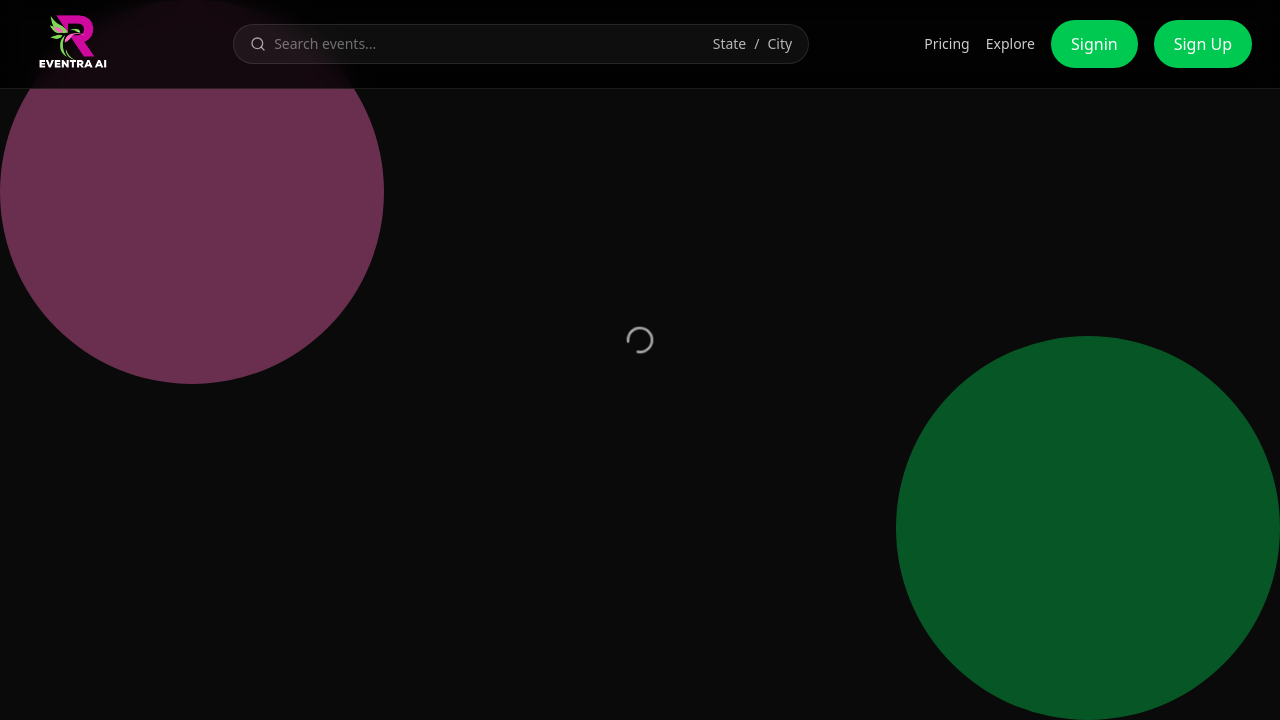
Repository: walaa-horani/AIEventNext.jsLinkedIn
Page: /tickets
The author's editor kept a copy of each file at every save. The page is drawn from the files as they stood at one save, then again after the next save.
The browser window is 1280 px wide. The pictures show the whole page.
The page's requests for data from a server got no answer. The project was rebuilt for these pictures with package versions that can differ from the ones it lists, and the page was loaded fresh each time. Some packages were replaced by stand-ins written for this rebuild. The framework's server and built-in components were replaced by stand-ins that run in the browser. No one was signed in, and anything a server would have sent is missing. Also part of the build but not shown: next.config.ts, components/ui/card.tsx.

Above is the page before, as saved 2025-12-13 21:29:06.

After the next save:
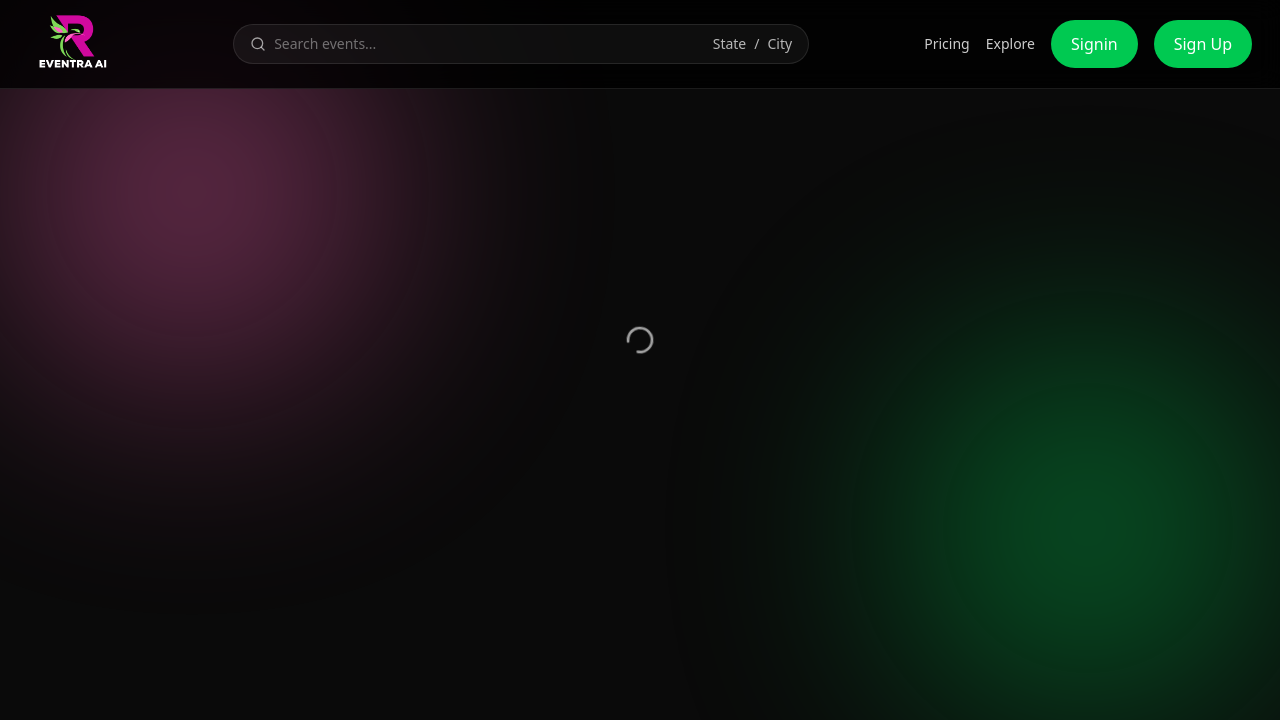
Saved 7 s later.
--- a/app/layout.tsx
+++ b/app/layout.tsx
@@ -49,11 +49,11 @@ export default function RootLayout({
           <Header/>
 
        <main className="relative min-h-screen container mx-auto pt-40">{children}
-          <div className="fixed inset-0 -z-10 overflow-hidden ">
+          <div className="fixed inset-0 -z-10 overflow-hidden pointer-events-none">
             {/* Blue glow */}
-            <div className="absolute top-0 left-0 w-96 h-96 bg-pink-400 rounded-full  opacity-40"></div>
+            <div className="absolute top-0 left-0 w-96 h-96 bg-pink-400 rounded-full blur-[120px] opacity-40"></div>
             {/* Green glow */}
-            <div className="absolute bottom-0 right-0 w-96 h-96 bg-green-500 rounded-full  opacity-40"></div>
+            <div className="absolute bottom-0 right-0 w-96 h-96 bg-green-500 rounded-full blur-[120px] opacity-40"></div>
           </div>
         </main>
 
